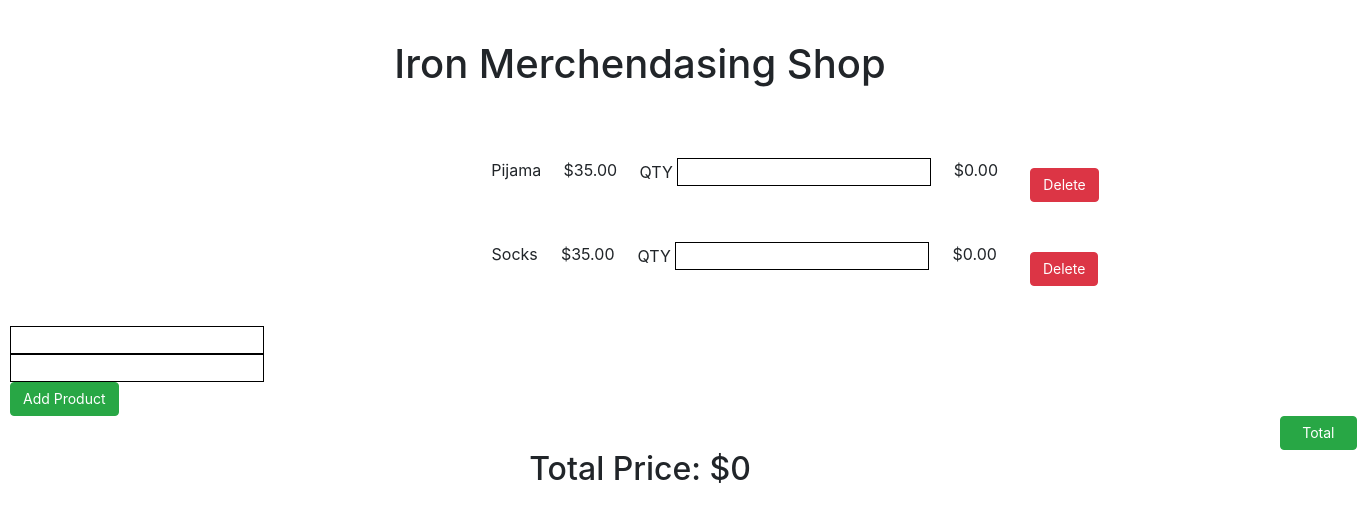
Repository: konstantin0s/lab-cart-DOM
Page: index.html
The author's editor kept a copy of each file at every save. The page is drawn from the files as they stood at one save, then again after the next save.
The browser window is 1280 px wide. The page is 1357 px wide, then 1339 px, so the pictures cover 1357 px, including what lies to the right of the window. The pictures show the whole page.
Some web libraries are served in a nearby version.

Above is the page before, as saved 2019-02-04 09:45:11.
Console error: TypeError: Cannot set properties of null (setting 'onclick')

After the next save:
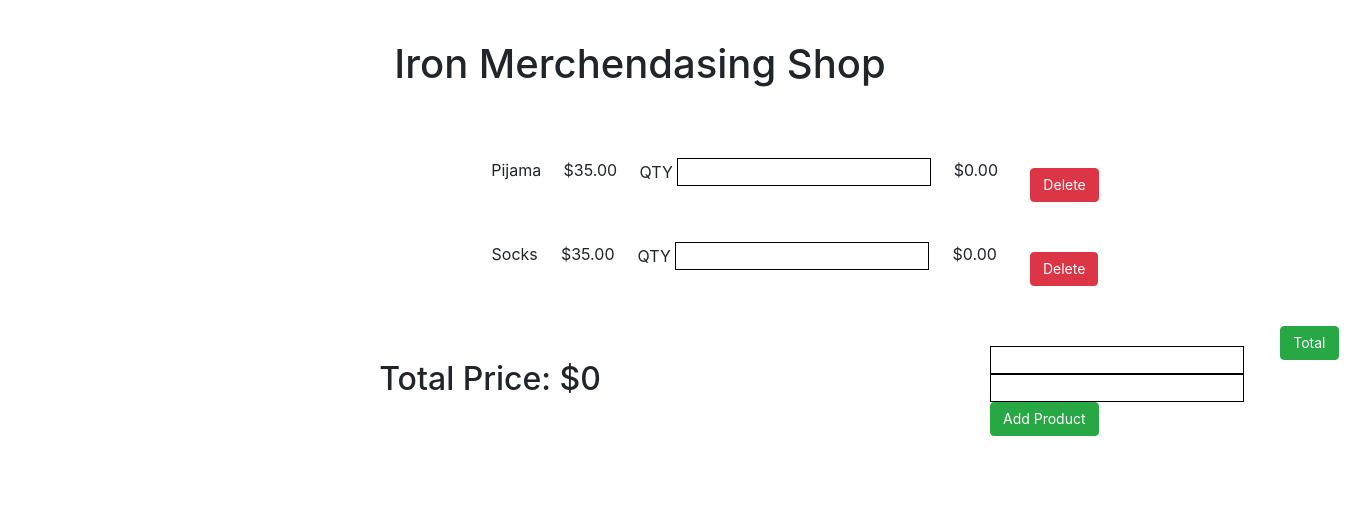
Saved 7 s later.
--- a/css/style.css
+++ b/css/style.css
@@ -129,6 +129,7 @@ input {
   flex-direction: column;
   justify-content: center; */
   position: relative;
+  float: right;
   left: 10px;
   top: 30px;
   width: 300px;
